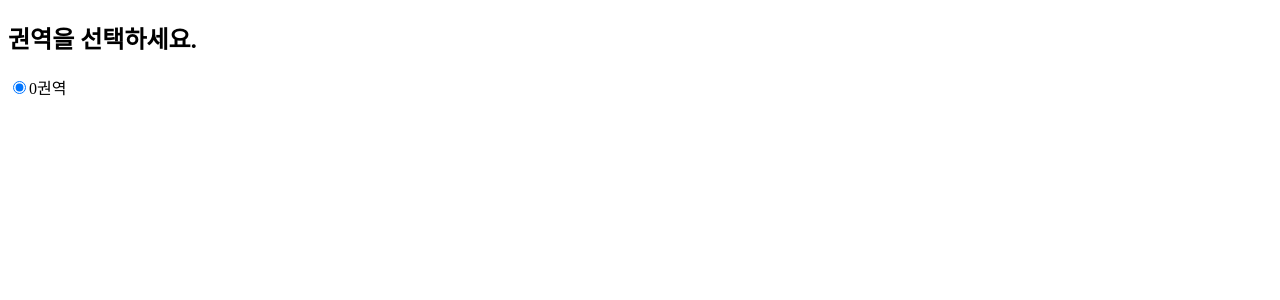
Repository: matodale/StudyJSP
Page: http://localhost/StudyJSP/ch06/switchTestForm.jsp
An editor plug-in stored every save of this project. The page is shown before and after the next save, followed by the edit.
The browser window is 1280 px wide. The pictures show the whole page.
The page is served by Tomcat 9. Other server files are loaded and not shown.

Above is the page before, as saved 2022-12-21 05:34:00.

### StudyJSP/src/main/webapp/ch06/switchTestForm.jsp
<%@ page language="java" contentType="text/html; charset=UTF-8"
    pageEncoding="UTF-8"%>
<!DOCTYPE html>
<html>
<head>
<meta charset="UTF-8">
<title>권역을 선택하는 폼</title>
</head>
<body>
	<h2>권역을 선택하세요.</h2>
	<form method="post" action="switchTestPro.jsp">
		<input type="radio" name="localNum" value="0" checked>0권역<br>
	</form>
</body>
</html>

After the next save:
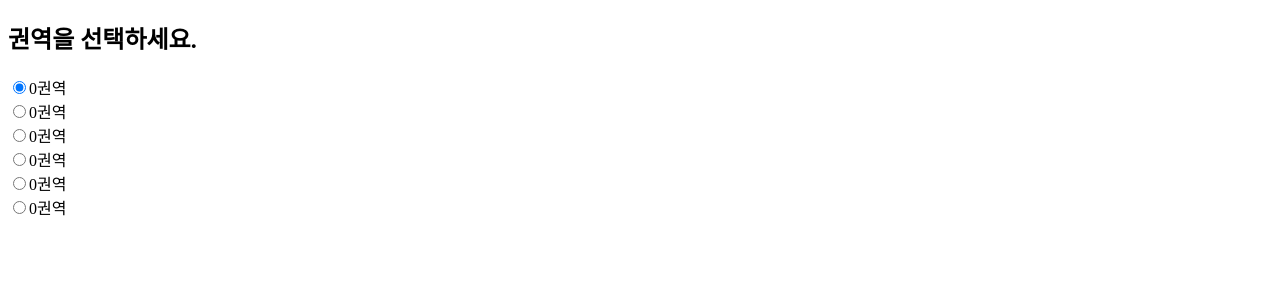
Saved 20 s later.
--- a/StudyJSP/src/main/webapp/ch06/switchTestForm.jsp
+++ b/StudyJSP/src/main/webapp/ch06/switchTestForm.jsp
@@ -10,6 +10,11 @@
 	<h2>권역을 선택하세요.</h2>
 	<form method="post" action="switchTestPro.jsp">
 		<input type="radio" name="localNum" value="0" checked>0권역<br>
+		<input type="radio" name="localNum" value="0">0권역<br>
+		<input type="radio" name="localNum" value="0">0권역<br>
+		<input type="radio" name="localNum" value="0">0권역<br>
+		<input type="radio" name="localNum" value="0">0권역<br>
+		<input type="radio" name="localNum" value="0">0권역<br>
 	</form>
 </body>
 </html>
